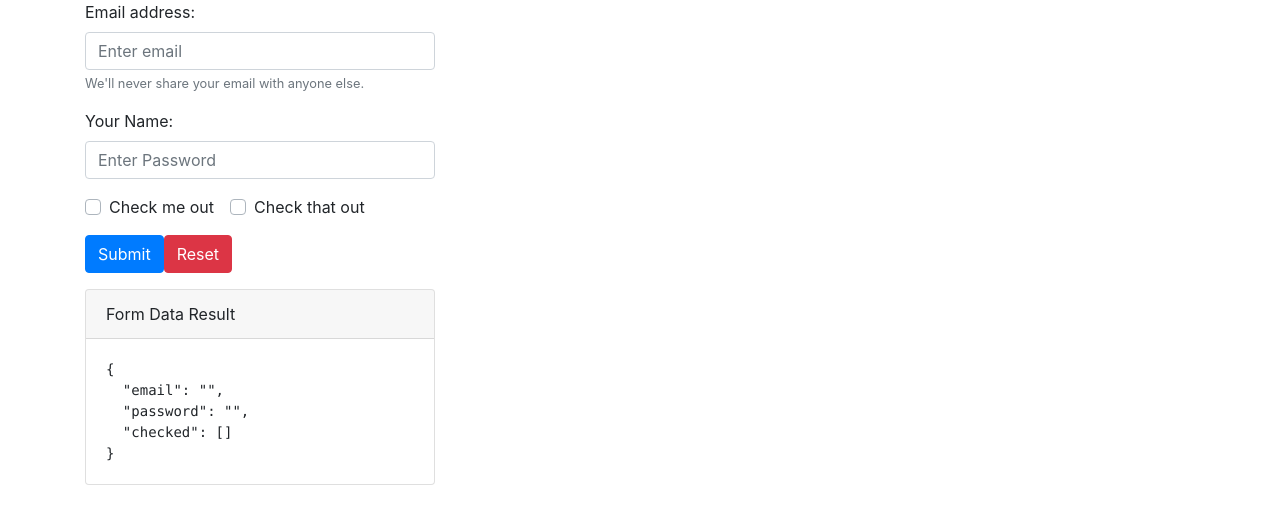
Repository: afsanarozan/viue-js
Page: /login
An editor plug-in stored every save of this project. The page is shown before and after the next save, followed by the edit.
The browser window is 1280 px wide. The pictures show the whole page.
Some web fonts or font styles are not loaded; a fallback is used. The project was rebuilt for these pictures with package versions that can differ from the ones it lists, and the page was loaded fresh each time. Also part of the build but not shown: src/components/modalEdit.vue, src/components/modalAdd.vue, src/components/Items.vue, src/views/Home/home.vue, src/views/Home/name.vue, src/views/Home/update.vue, src/views/Home/price.vue, src/views/Home/search.vue and 2 more.

Above is the page before, as saved 2020-10-01 21:54:02.

After the next save:
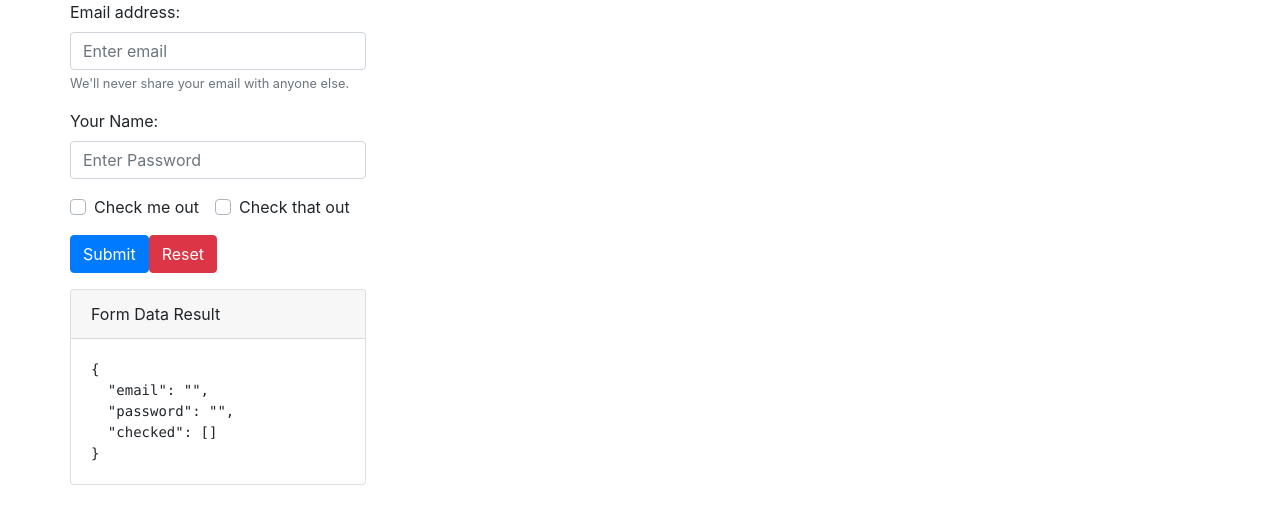
Saved 44 s later.
--- a/src/views/login/login.vue
+++ b/src/views/login/login.vue
@@ -2,7 +2,7 @@
 <div class="wrap-form-contact">
     <div class="container">
         <div class="row">
-            <div class="col-md-4 col-md-offset-4">
+            <div >
     <b-form @submit="onSubmit" @reset="onReset" v-if="show">
       <b-form-group
         id="input-group-1"
